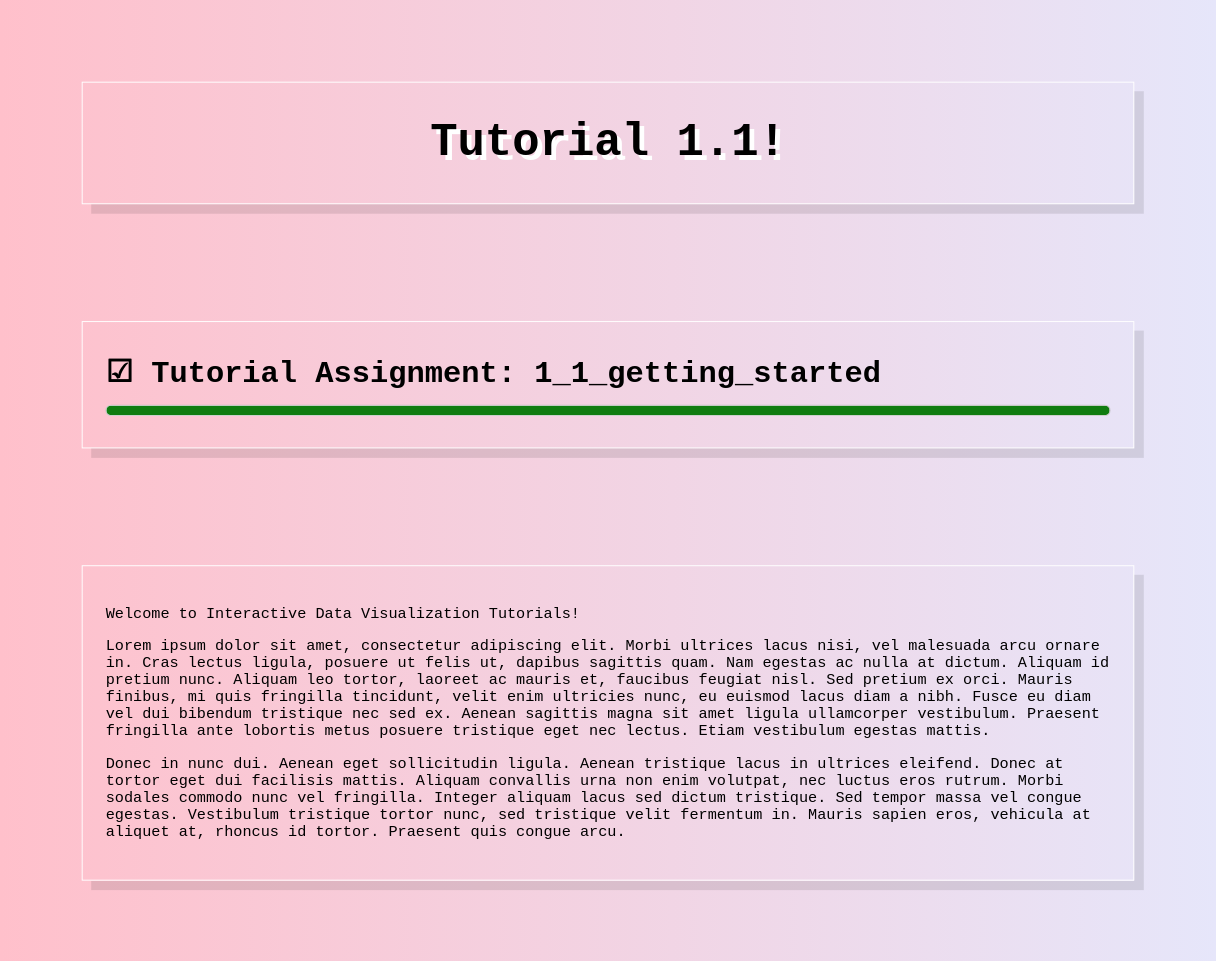
Repository: lisjak/Interactive-Data-Vis-Fall2022
Page: 1_1_getting_started/index.html
The author's editor kept a copy of each file at every save. The page is drawn from the files as they stood at one save, then again after the next save.
The browser window is 1280 px wide. The pictures show the whole page, at 95% of full size.
Some web fonts or font styles are not loaded; a fallback is used.

Above is the page before, as saved 2022-09-04 22:11:54.

### 1_1_getting_started/index.html
<!DOCTYPE html>

<head>
    <meta charset="utf-8">

    <title>Interactive Data Visualization Tutorial</title>

    <link href="https://fonts.googleapis.com/css2?family=Azeret+Mono&display=swap" rel="stylesheet">

    <link rel="stylesheet" href="./style.css">
</head>

<body>
    <div>
        <h1>
            Tutorial 1.1!
        </h1>
    </div>
    <div>
        <h3>
            &#9745; Tutorial Assignment: 1_1_getting_started
        </h3>

        <meter min="0" max="100" low="0" high="100" optimum="100" value="100">100%</meter>
    </div>
    <div>
        <p>
            Welcome to Interactive Data Visualization Tutorials!
        </p>

        <p>
            Lorem ipsum dolor sit amet, consectetur adipiscing elit. Morbi ultrices lacus nisi, vel malesuada arcu ornare in. Cras lectus ligula, posuere ut felis ut, dapibus sagittis quam. Nam egestas ac nulla at dictum. Aliquam id pretium nunc. Aliquam leo tortor,
            laoreet ac mauris et, faucibus feugiat nisl. Sed pretium ex orci. Mauris finibus, mi quis fringilla tincidunt, velit enim ultricies nunc, eu euismod lacus diam a nibh. Fusce eu diam vel dui bibendum tristique nec sed ex. Aenean sagittis magna
            sit amet ligula ullamcorper vestibulum. Praesent fringilla ante lobortis metus posuere tristique eget nec lectus. Etiam vestibulum egestas mattis.
        </p>

        <p>
            Donec in nunc dui. Aenean eget sollicitudin ligula. Aenean tristique lacus in ultrices eleifend. Donec at tortor eget dui facilisis mattis. Aliquam convallis urna non enim volutpat, nec luctus eros rutrum. Morbi sodales commodo nunc vel fringilla. Integer
            aliquam lacus sed dictum tristique. Sed tempor massa vel congue egestas. Vestibulum tristique tortor nunc, sed tristique velit fermentum in. Mauris sapien eros, vehicula at aliquet at, rhoncus id tortor. Praesent quis congue arcu.
        </p>
    </div>
</body>

</html>

### 1_1_getting_started/style.css
body {
    background-image: linear-gradient(to right, pink, lavender);
    font-family: 'Azeret Mono', monospace;
    font-size: 16px;
    padding: 1em;
    display: flex;
    flex-direction: column;
}

div {
    align-items: center;
    justify-content: center;
    border: 1px solid white;
    padding: 2%;
    margin: 5%;
    box-shadow: 10px 10px 0px rgb(0 0 0 / 0.1);
    transition: 0.5s;
}

div:hover {
    border: 5px solid white;
    transition: 0.5s;
    box-shadow: 10px 10px 0px rgb(0 0 0 / 0.2);
}

meter {
    width: 100%;
    height: 25px;
}

div h1 {
    font-size: 3em;
    margin: 0.25em 0;
    text-shadow: 5px 5px 0px white;
    text-align: center;
    font-weight: bold;
}

h3 {
    font-size: 2em;
    margin: 0.25em 0;
}

p {
    font-size: 1em;
    color: black;
}

After the next save:
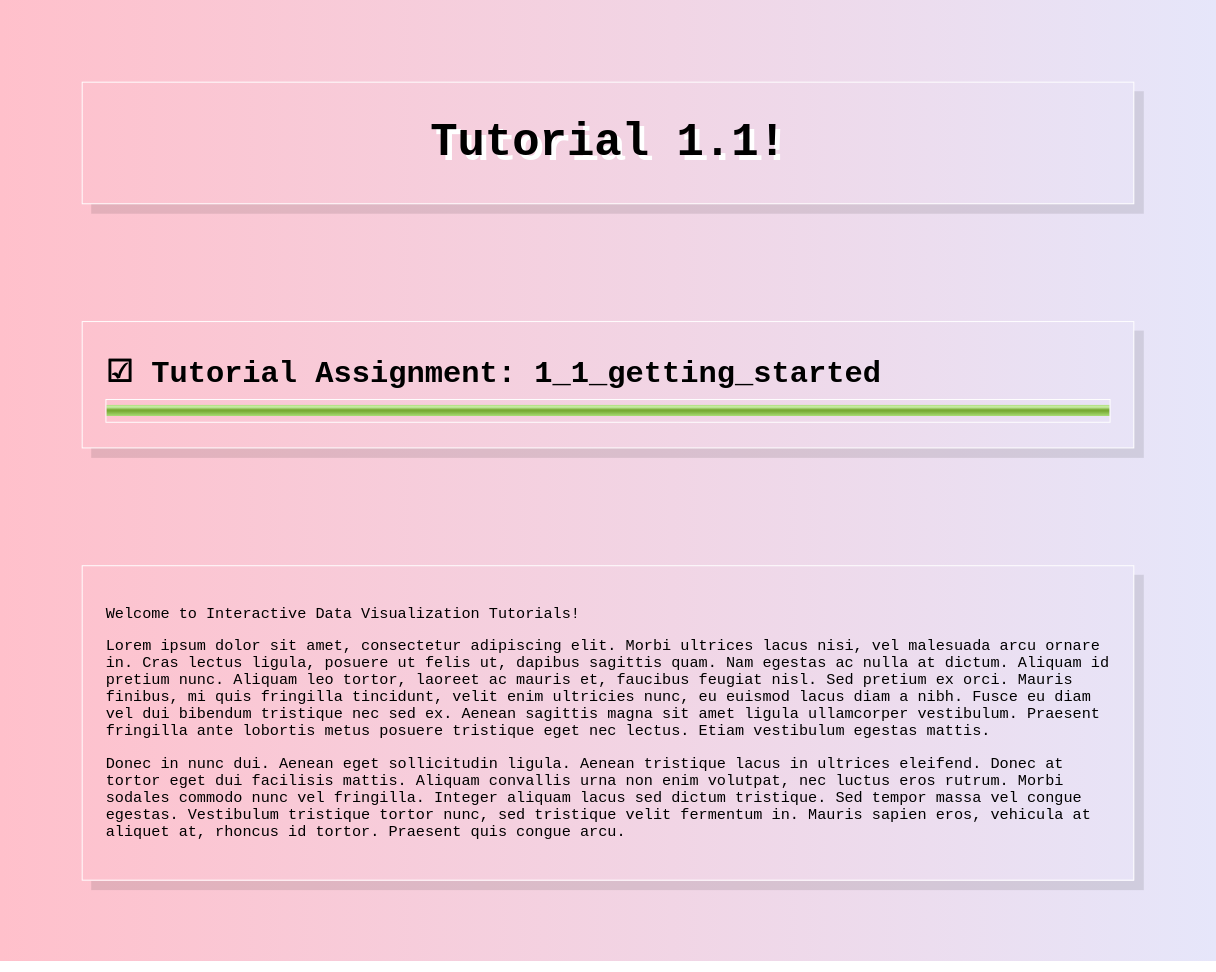
Saved 25 s later.
--- a/1_1_getting_started/style.css
+++ b/1_1_getting_started/style.css
@@ -26,6 +26,7 @@ div:hover {
 meter {
     width: 100%;
     height: 25px;
+    border: 1px solid white;
 }
 
 div h1 {
